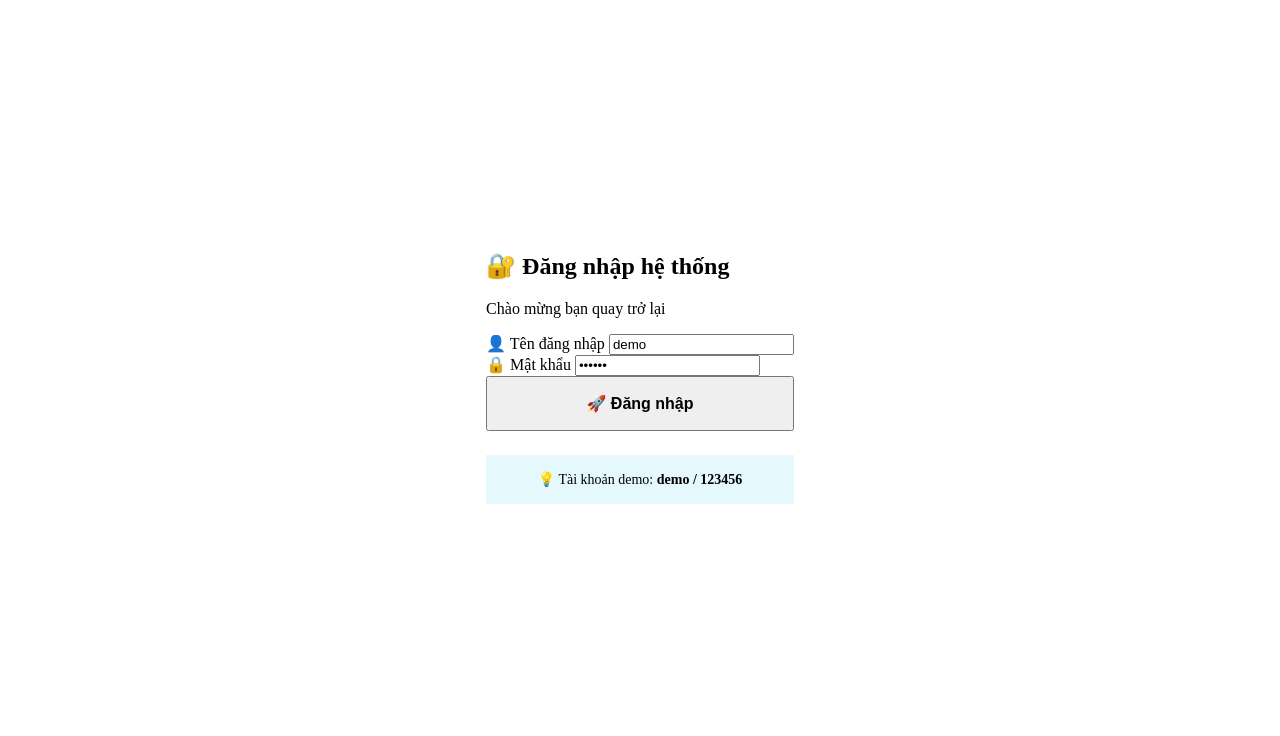
Repository: minhtvpy00202-git/KyThuatPhanMem_PY00202_MinhTV
Page: http://localhost/MiniExpense/login
These files come from the project's save history. The page is drawn as it stood at one moment and after the next save; the edit follows.
The browser window is 1280 px wide. The pictures show the whole page.
The page is served by Tomcat 10.

Above is the page before, as saved 2025-10-17 19:03:01.

After the next save:
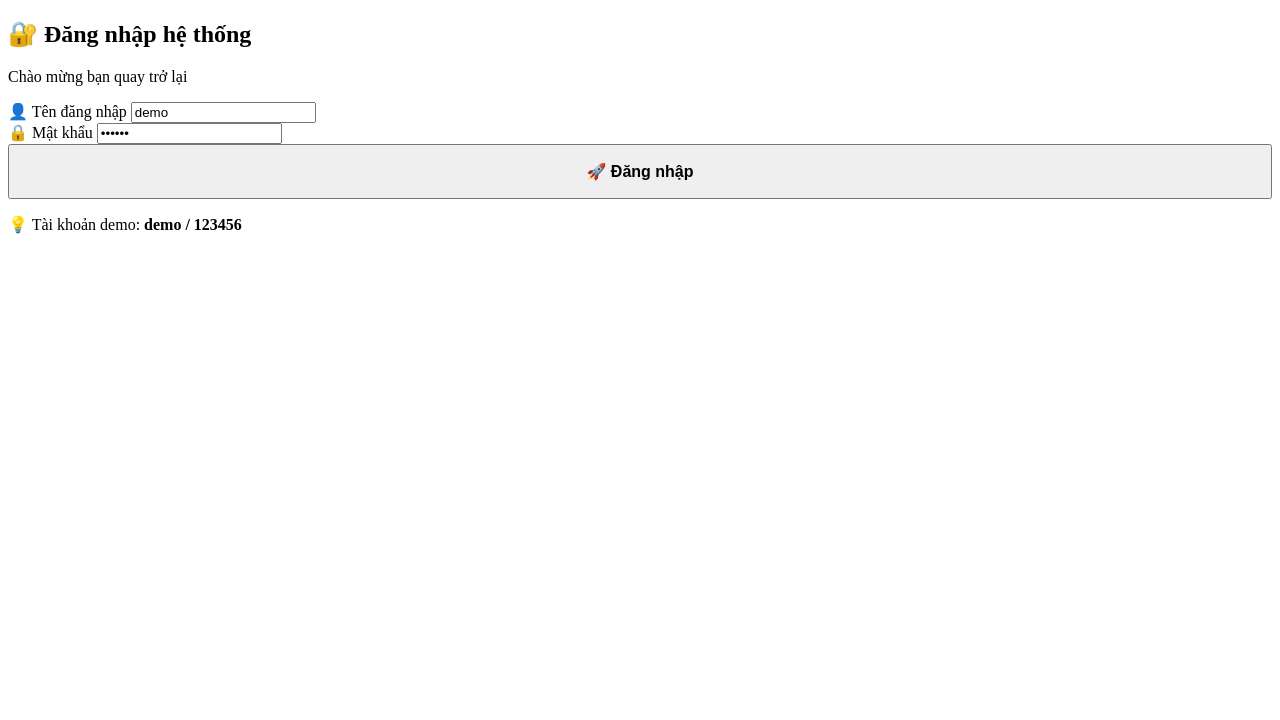
Saved 110 s later.
--- a/Source code/MiniExpense/src/main/webapp/WEB-INF/views/login.jsp
+++ b/Source code/MiniExpense/src/main/webapp/WEB-INF/views/login.jsp
@@ -6,57 +6,8 @@
   <meta charset="UTF-8">
   <meta name="viewport" content="width=device-width, initial-scale=1.0">
   <title>Đăng nhập - Mini Expense</title>
-  <link rel="stylesheet" href="${pageContext.request.contextPath}/css/modern-style.css">
-  <style>
-    .login-container {
-      min-height: 100vh;
-      display: flex;
-      align-items: center;
-      justify-content: center;
-      background: linear-gradient(135deg, var(--primary-color) 0%, var(--accent-color) 100%);
-    }
 
-    .login-card {
-      background: var(--surface-color);
-      padding: 2.5rem;
-      border-radius: var(--radius-lg);
-      box-shadow: var(--shadow-lg);
-      width: 100%;
-      max-width: 400px;
-      margin: 1rem;
-    }
 
-    .login-header {
-      text-align: center;
-      margin-bottom: 2rem;
-    }
-
-    .login-header h2 {
-      color: var(--text-primary);
-      margin-bottom: 0.5rem;
-    }
-
-    .login-header p {
-      color: var(--text-secondary);
-      font-size: 0.875rem;
-    }
-
-    .demo-info {
-      background: rgba(6, 182, 212, 0.1);
-      border: 1px solid var(--accent-color);
-      border-radius: var(--radius-md);
-      padding: 1rem;
-      margin-top: 1.5rem;
-      text-align: center;
-    }
-
-    .demo-info p {
-      margin: 0;
-      color: var(--accent-color);
-      font-weight: 500;
-      font-size: 0.875rem;
-    }
-  </style>
 </head>
 <body>
   <div class="login-container">
@@ -88,8 +39,8 @@
         </button>
       </form>
 
-      <div style="background: rgba(6, 182, 212, 0.1); border: 1px solid var(--accent-color); border-radius: var(--radius-md); padding: 1rem; margin-top: 1.5rem; text-align: center;">
-        <p style="margin: 0; color: var(--accent-color); font-weight: 500; font-size: 0.875rem;">
+      <div >
+        <p >
           💡 Tài khoản demo: <strong>demo / 123456</strong>
         </p>
       </div>
